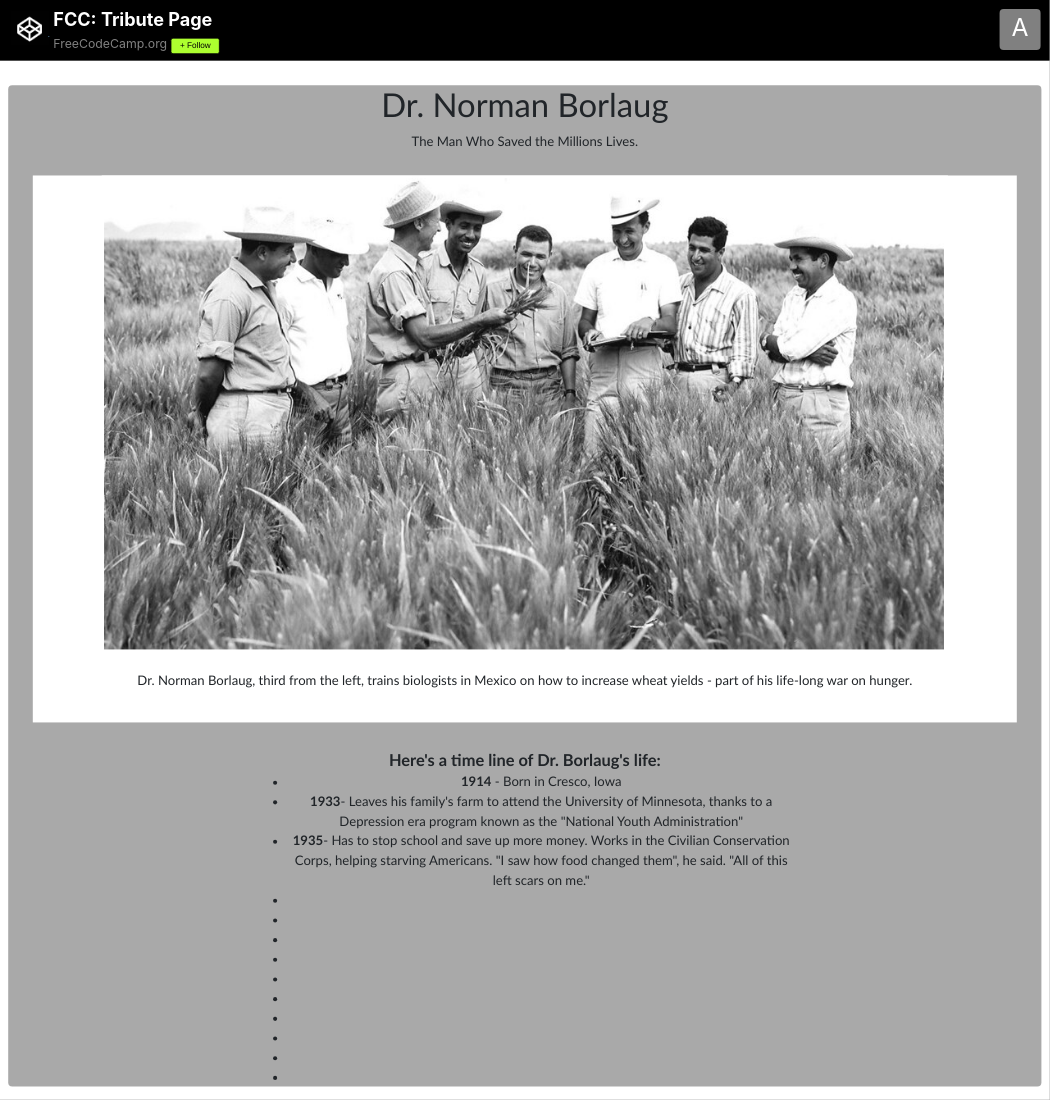
Repository: AbdulWahabRaza123/tributePage
Page: index.html
The author's editor kept a copy of each file at every save. The page is drawn from the files as they stood at one save, then again after the next save.
The browser window is 1280 px wide. The pictures show the whole page, at 82% of full size.

Above is the page before, as saved 2021-09-02 16:48:44.

After the next save:
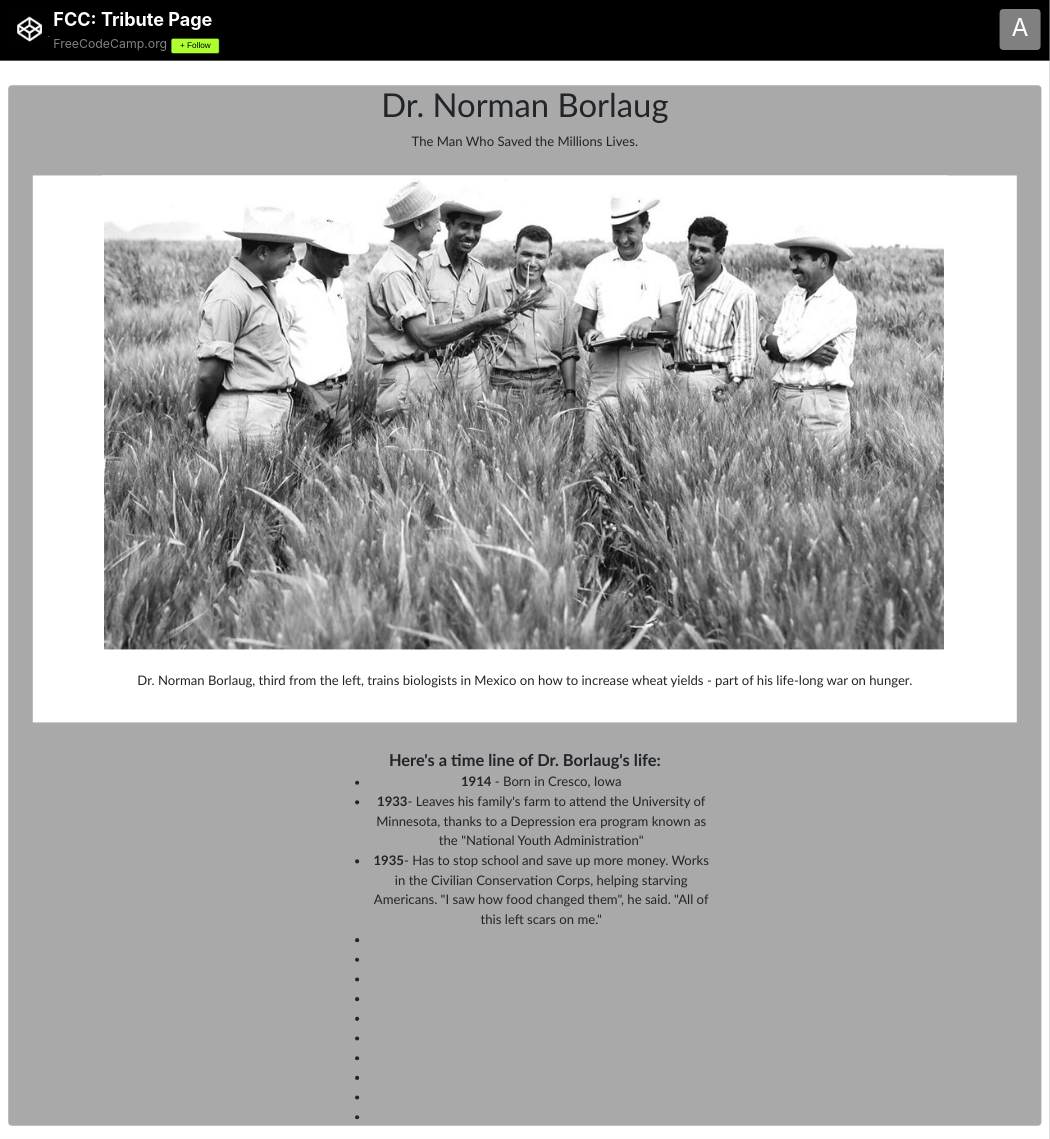
Saved 27 s later.
--- a/new.css
+++ b/new.css
@@ -91,6 +91,6 @@
 }
 
 #Lists {
-    margin-left: 300px;
-    margin-right: 300px;
+    margin-left: 400px;
+    margin-right: 400px;
 }
